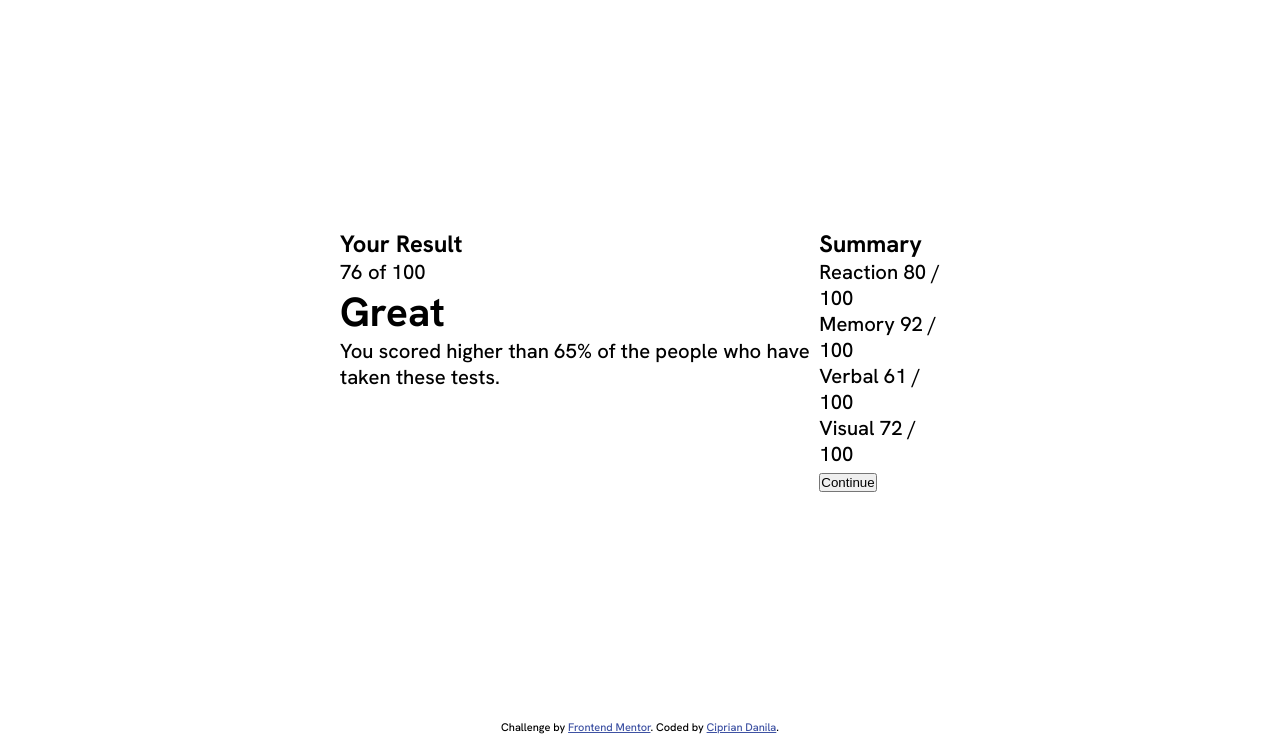
Repository: cipdanila/results-summary-component
Page: index.html
These files come from the project's save history. The page is drawn as it stood at one moment and after the next save; the edit follows.
The browser window is 1280 px wide. The pictures show the whole page.

Above is the page before, as saved 2024-02-01 20:20:51.

After the next save:
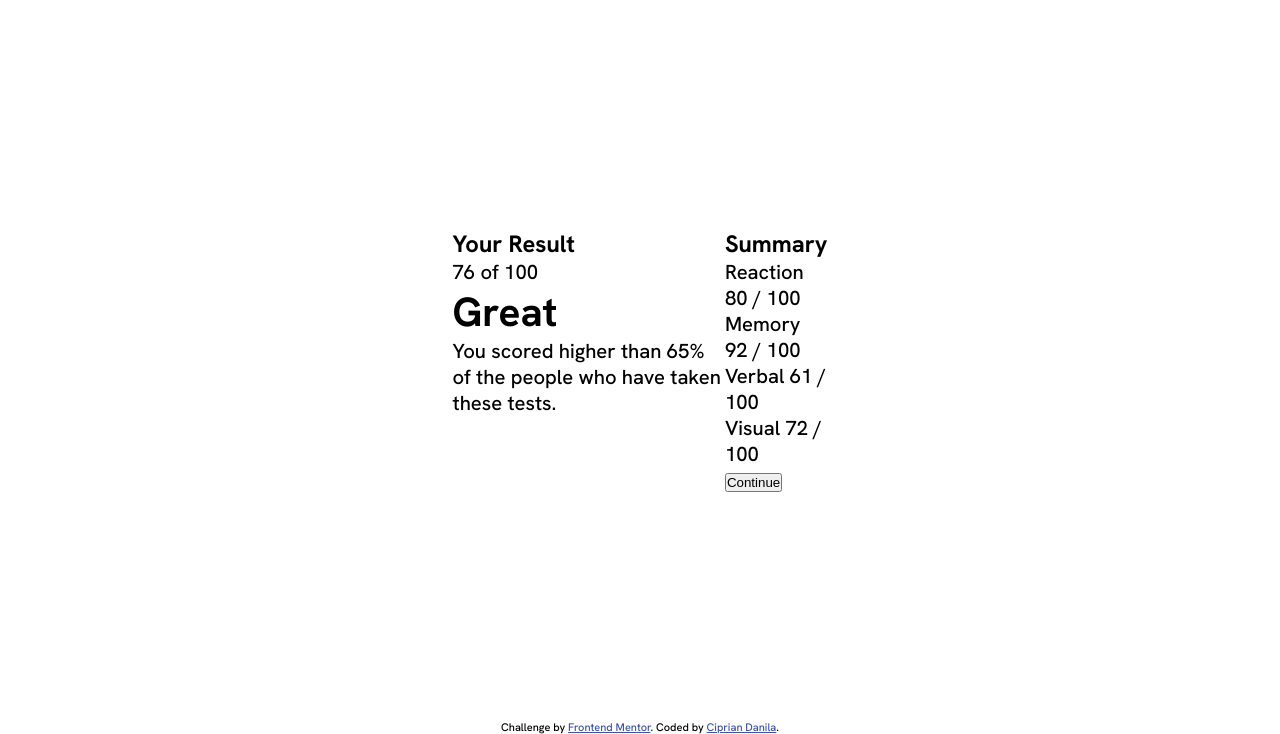
Saved 13 s later.
--- a/styles.css
+++ b/styles.css
@@ -45,7 +45,7 @@
 }
 
 .card {
-    min-width: 600px;
+    max-width: 375px;
     width: 30%;
     display: flex;
     margin: 4rem auto;
